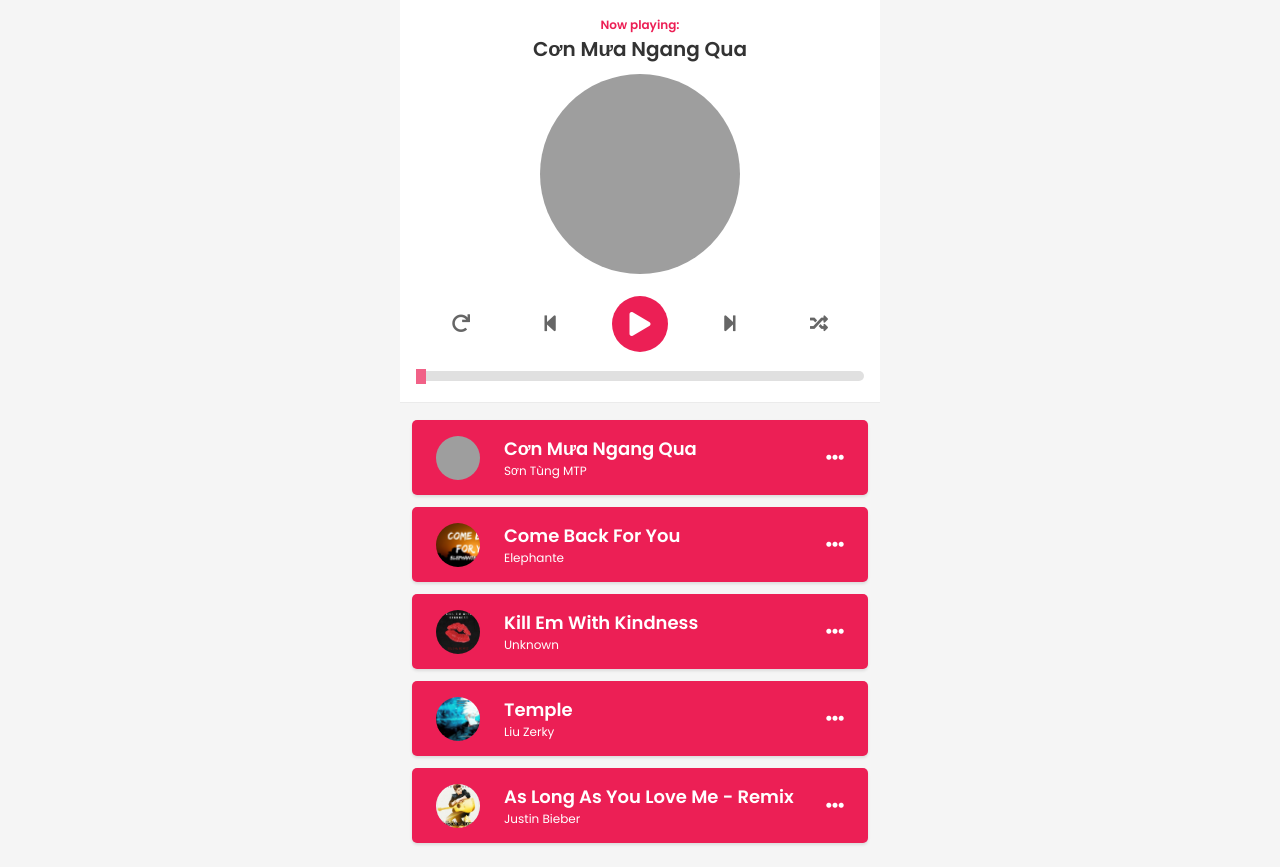
Repository: vandat598/musicPlayer
Page: index.html
The author's editor kept a copy of each file at every save. The page is drawn from the files as they stood at one save, then again after the next save.
The browser window is 1280 px wide. The pictures show the whole page.
Pictures or frames that could not be fetched are drawn as grey boxes.

Above is the page before, as saved 2022-04-28 16:31:28.

### index.html
<!DOCTYPE html>
<html lang="en">
  <head>
    <meta charset="UTF-8" />
    <meta name="viewport" content="width=device-width, initial-scale=1.0" />
    <title>Music player</title>
    <link
      rel="stylesheet"
      href="https://cdnjs.cloudflare.com/ajax/libs/font-awesome/5.15.2/css/all.min.css"
      integrity="sha512-HK5fgLBL+xu6dm/Ii3z4xhlSUyZgTT9tuc/hSrtw6uzJOvgRr2a9jyxxT1ely+B+xFAmJKVSTbpM/CuL7qxO8w=="
      crossorigin="anonymous"
    />
    <link rel="preconnect" href="https://fonts.gstatic.com" />
    <link
      href="https://fonts.googleapis.com/css2?family=Poppins:wght@300;400;600&display=swap"
      rel="stylesheet"
    />
    <link rel="stylesheet" href="./assets/css/style.css" />
  </head>
  <body>
    <div class="player">
      <!-- Dashboard -->
      <div class="dashboard">
        <!-- Header -->
        <header>
          <h4>Now playing:</h4>
          <h2>String 57th & 9th</h2>
        </header>

        <!-- CD -->
        <div class="cd">
          <div
            class="cd-thumb"
            style="
              background-image: url('https://i.ytimg.com/vi/jTLhQf5KJSc/maxresdefault.jpg');
            "
          ></div>
        </div>

        <!-- Control -->
        <div class="control">
          <div class="btn btn-repeat">
            <i class="fas fa-redo"></i>
          </div>
          <div class="btn btn-prev">
            <i class="fas fa-step-backward"></i>
          </div>
          <div class="btn btn-toggle-play">
            <i class="fas fa-pause icon-pause"></i>
            <i class="fas fa-play icon-play"></i>
          </div>
          <div class="btn btn-next">
            <i class="fas fa-step-forward"></i>
          </div>
          <div class="btn btn-random">
            <i class="fas fa-random"></i>
          </div>
        </div>

        <input
          id="progress"
          class="progress"
          type="range"
          value="0"
          step="1"
          min="0"
          max="100"
        />

        <audio id="audio" src=""></audio>
      </div>

      <!-- Playlist -->
      <div class="playlist">
        <div class="song">
          <div
            class="thumb"
            style="
              background-image: url('https://i.ytimg.com/vi/jTLhQf5KJSc/maxresdefault.jpg');
            "
          ></div>
          <div class="body">
            <h3 class="title">Music name</h3>
            <p class="author">Singer</p>
          </div>
          <div class="option">
            <i class="fas fa-ellipsis-h"></i>
          </div>
        </div>
        <div class="song">
          <div
            class="thumb"
            style="
              background-image: url('https://i.ytimg.com/vi/jTLhQf5KJSc/maxresdefault.jpg');
            "
          ></div>
          <div class="body">
            <h3 class="title">Music name</h3>
            <p class="author">Singer</p>
          </div>
          <div class="option">
            <i class="fas fa-ellipsis-h"></i>
          </div>
        </div>
        <div class="song">
          <div
            class="thumb"
            style="
              background-image: url('https://i.ytimg.com/vi/jTLhQf5KJSc/maxresdefault.jpg');
            "
          ></div>
          <div class="body">
            <h3 class="title">Music name</h3>
            <p class="author">Singer</p>
          </div>
          <div class="option">
            <i class="fas fa-ellipsis-h"></i>
          </div>
        </div>
      </div>
    </div>

    <script>
      /*
        done 1. Render songs
        done 2. Scroll top
        3. Play / pause / seek
        4. CD rotate
        5. Next / prev
        6. Random
        7. Next / repeat when ended
        8. Active song
        9. Scroll active song into view
        10. play song when click
      */

      const $ = document.querySelector.bind(document);
      const $$ = document.querySelectorAll.bind(document);

      const player = $('.player');
      const cd = $('.cd');
      const heading = $('header h2');
      const cdThumb = $('.cd-thumb');
      const audio = $('#audio');
      const playBtn = $('.btn-toggle-play');
      const progress = $('#progress');
      const nextBtn = $('.btn-next');
      const prevBtn = $('.btn-prev');
      const randomBtn = $('.btn-random');
      let played = [];
      const repeatBtn = $('.btn-repeat');

      const app = {
        currentIndex: 0,
        isPlaying: false,
        isRandom: false,
        isRepeat: false,
        songs: [
          {
            name: 'Cơn Mưa Ngang Qua',
            singer: 'Sơn Tùng MTP',
            path: './assets/music/ConMuaNgangQua SonTungMTP 2782444.mp3',
            image: './assets/img/MTP.png',
          },
          {
            name: 'Come Back For You',
            singer: 'Elephante',
            path: './assets/music/Elephante  Come Back For You feat Matluck.mp3',
            image: './assets/img/comBackForYou.png',
          },
          {
            name: 'Kill Em With Kindness',
            singer: 'Unknown',
            path: './assets/music/Kill Em With Kindness  Remix   Nhạc Tik Tok Gây Nghiện.mp3',
            image: './assets/img/KillEmWithKindness.png',
          },
          {
            name: 'Temple',
            singer: 'Liu Zerky',
            path: './assets/music/Temple  Liu  Zerky  Nhạc Nền Cực Hot TikTok Trung Quốc Gây Nghiện  Douyin抖音.mp3',
            image: './assets/img/Temple.png',
          },
          {
            name: 'As Long As You Love Me - Remix',
            singer: 'Justin Bieber',
            path: './assets/music/As Long As You Love Me  Justin Bieber.mp3',
            image:
              './assets/img/As_Long_As_You_Love_Me_(feat._Big_Sean)_-_Single.jpg',
          },
        ],
        render() {
          const htmls = this.songs.map((song, index) => {
            return `
              <div class="song ">
                <div class="thumb" style="background-image: url('${song.image}')">
                </div>
                <div class="body">
                  <h3 class="title">${song.name}</h3>
                  <p class="author">${song.singer}</p>
                </div>
                <div class="option">
                  <i class="fa fa-ellipsis-h"></i>
                </div>
              </div>
            `;
          });
          $('.playlist').innerHTML = htmls.join('');
        },
        defineProperties() {
          // Search google xem sytax defineProperty
          Object.defineProperty(this, 'currentSong', {
            get() {
              return this.songs[this.currentIndex];
            },
          });
        },
        handleEvent() {
          const _this = this;
          const cdWidth = cd.offsetWidth;

          // xử lý CD quay / dừng
          const cdThumbAnimate = cdThumb.animate(
            [{ transform: 'rotate(360deg)' }],
            {
              duration: 10000,
              iterations: Infinity,
            }
          );
          cdThumbAnimate.pause();

          // handle scroll
          document.onscroll = function () {
            const scrollTop =
              window.scrollY || document.documentElement.scrollTop;

            const newCdWidth = cdWidth - scrollTop;

            cd.style.width = newCdWidth > 0 ? newCdWidth + 'px' : 0;
            cd.style.opacity = newCdWidth / cdWidth;
          };

          // handle click play button

          playBtn.onclick = function () {
            if (_this.isPlaying) {
              audio.pause();
            } else {
              audio.play();
            }
          };

          // Khi song được play
          audio.onplay = function () {
            _this.isPlaying = true;
            player.classList.add('playing');
            cdThumbAnimate.play();
            // _this.render();
          };

          // Khi song pause
          audio.onpause = function () {
            _this.isPlaying = false;
            player.classList.remove('playing');
            cdThumbAnimate.pause();
          };

          // Khi tiến độ bài hát thay đổi
          audio.ontimeupdate = function () {
            if (audio.duration) {
              const progressPercent = Math.floor(
                (audio.currentTime / audio.duration) * 100
              );
              progress.value = progressPercent;
            }
          };

          // Xử lý khi tua bài hát
          progress.oninput = function (e) {
            const seekTime = (audio.duration / 100) * e.target.value;
            audio.currentTime = seekTime;
          };

          // Next song
          nextBtn.onclick = function () {
            if (_this.isRandom) {
              _this.playRandomSong();
            } else {
              _this.nextSong();
            }
            audio.play();
          };
          // Prev song
          prevBtn.onclick = function () {
            if (_this.isRandom) {
              _this.playRandomSong();
            } else {
              _this.prevSong();
            }
            audio.play();
          };

          // Random button
          randomBtn.onclick = function () {
            // Gắn cờ isRandom có thật sự cần thiết??
            _this.isRandom = !_this.isRandom;
            // method toggle, khi đối số t2 là true thì sẽ add class, còn false thì remove class
            randomBtn.classList.toggle('active', _this.isRandom);
          };

          // Xử lý lặp lại song
          repeatBtn.onclick = function (e) {
            _this.isRepeat = !_this.isRepeat;
            repeatBtn.classList.toggle('active', _this.isRepeat);
          };

          // Xử lý next song khi audio ended
          audio.onended = function () {
            if (_this.isRandom) {
              _this.playRandomSong();
            }
            if (_this.isRepeat) {
              audio.play();
            } else {
              nextBtn.click();
            }
          };
        },
        loadCurrentSong() {
          heading.textContent = this.currentSong.name;
          cdThumb.style.backgroundImage = `url('${this.currentSong.image}')`;
          audio.src = this.currentSong.path;
        },
        nextSong() {
          this.currentIndex++;
          if (this.currentIndex >= this.songs.length) {
            this.currentIndex = 0;
          }
          this.loadCurrentSong();
        },
        prevSong() {
          this.currentIndex--;
          if (this.currentIndex < 0) {
            this.currentIndex = this.songs.length - 1;
          }
          this.loadCurrentSong();
        },
        playRandomSong() {
          let newIndex;
          do {
            newIndex = Math.floor(Math.random() * this.songs.length);
            if (played.length === this.songs.length) {
              played = [];
            }
          } while (
            newIndex === this.currentIndex ||
            played.some(value => value === newIndex)
          );
          played.push(newIndex);
          this.currentIndex = newIndex;
          this.loadCurrentSong();
          console.log(played);
        },

        start() {
          this.defineProperties();
          this.handleEvent();
          this.loadCurrentSong();
          this.render();
          const songActive = $$('.song');
          console.log(songActive);
          songActive.forEach(elem => elem.classList.toggle('active'));
        },
      };

      app.start();
    </script>
  </body>
</html>

### assets/css/style.css
:root {
  --primary-color: #ec1f55;
  --text-color: #333;
}

* {
  padding: 0;
  margin: 0;
  box-sizing: inherit;
}

body {
  background-color: #f5f5f5;
}

html {
  box-sizing: border-box;
  font-family: 'Poppins', sans-serif;
}

.player {
  position: relative;
  max-width: 480px;
  margin: 0 auto;
}

.player .icon-pause {
  display: none;
}

.player.playing .icon-pause {
  display: inline-block;
}

.player.playing .icon-play {
  display: none;
}

.dashboard {
  padding: 16px 16px 14px;
  background-color: #fff;
  position: fixed;
  top: 0;
  width: 100%;
  max-width: 480px;
  border-bottom: 1px solid #ebebeb;
}

/* HEADER */
header {
  text-align: center;
  margin-bottom: 10px;
}

header h4 {
  color: var(--primary-color);
  font-size: 12px;
}

header h2 {
  color: var(--text-color);
  font-size: 20px;
}

/* CD */
.cd {
  display: flex;
  margin: auto;
  width: 200px;
}

.cd-thumb {
  width: 100%;
  padding-top: 100%;
  border-radius: 50%;
  background-color: #333;
  background-size: cover;
  margin: auto;
}

/* CONTROL */
.control {
  display: flex;
  align-items: center;
  justify-content: space-around;
  padding: 18px 0 8px 0;
}

.control .btn {
  color: #666;
  padding: 18px;
  font-size: 18px;
  cursor: pointer;
}
/* .control .btn:hover {
  background-color: rgb(192, 188, 188);
  border-radius: 30%;
} */

.control .btn.active {
  color: var(--primary-color);
}

.control .btn-toggle-play {
  width: 56px;
  height: 56px;
  border-radius: 50%;
  font-size: 24px;
  color: #fff;
  display: flex;
  align-items: center;
  justify-content: center;
  background-color: var(--primary-color);
}

.progress {
  width: 100%;
  -webkit-appearance: none;
  height: 10px;
  background: #d3d3d3;
  outline: none;
  opacity: 0.7;
  -webkit-transition: 0.2s;
  transition: opacity 0.2s;
  border-radius: 30px;
}

.progress::-webkit-slider-thumb {
  -webkit-appearance: none;
  appearance: none;
  width: 10px;
  height: 15px;
  background-color: var(--primary-color);
  cursor: pointer;
}

/* PLAYLIST */
.playlist {
  margin-top: 408px;
  padding: 12px;
}

.song {
  display: flex;
  align-items: center;
  margin-bottom: 12px;
  background-color: #fff;
  padding: 8px 16px;
  border-radius: 5px;
  box-shadow: 0 2px 3px rgba(0, 0, 0, 0.1);
  cursor: pointer;
}

.song.active {
  background-color: var(--primary-color);
}

.song:active {
  opacity: 0.8;
}

.song.active .option,
.song.active .author,
.song.active .title {
  color: #fff;
}

.song .thumb {
  width: 44px;
  height: 44px;
  border-radius: 50%;
  background-size: cover;
  margin: 0 8px;
}

.song .body {
  flex: 1;
  padding: 0 16px;
}

.song .title {
  font-size: 18px;
  color: var(--text-color);
}

.song .author {
  font-size: 12px;
  color: #999;
}

.song .option {
  padding: 16px 8px;
  color: #999;
  font-size: 18px;
}

After the next save:
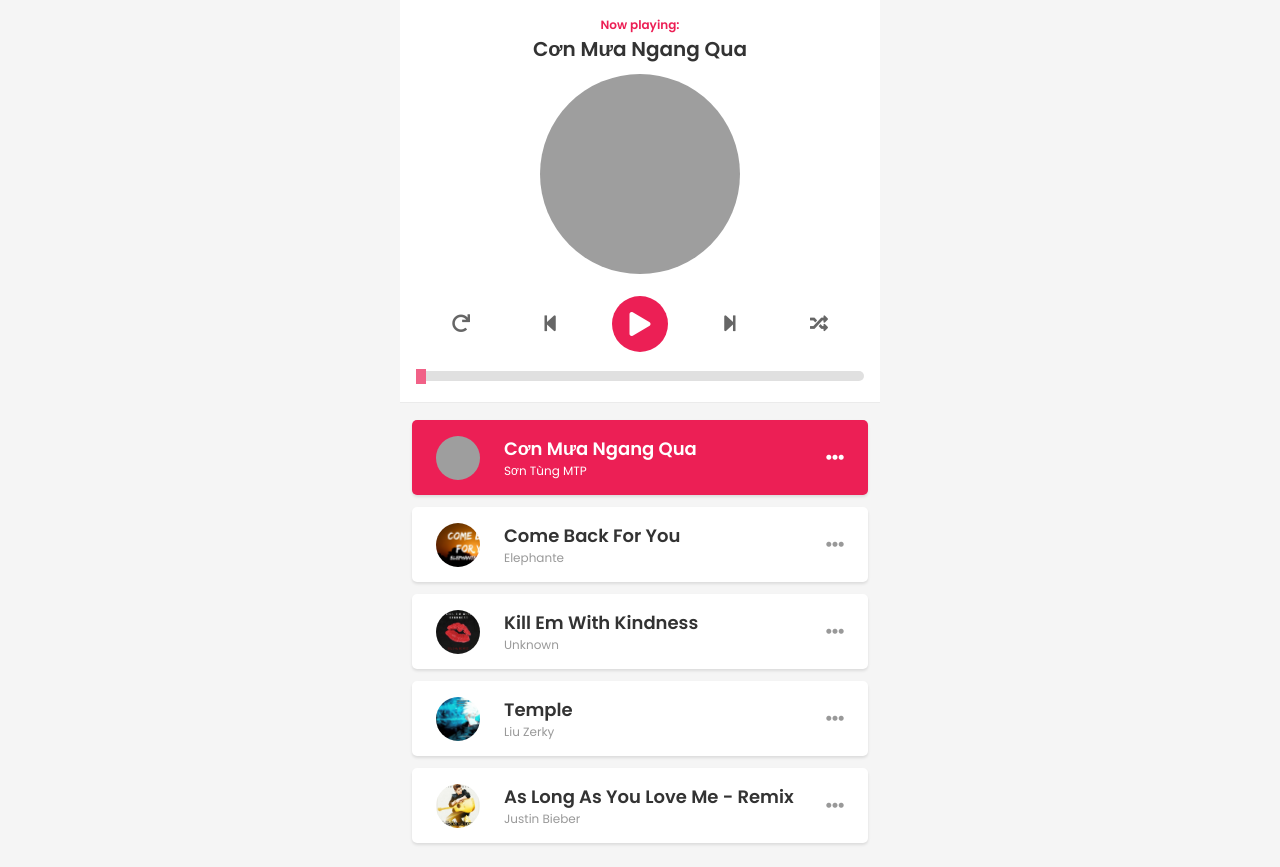
Saved 59 s later.
--- a/index.html
+++ b/index.html
@@ -368,7 +368,9 @@
           this.render();
           const songActive = $$('.song');
           console.log(songActive);
-          songActive.forEach(elem => elem.classList.toggle('active'));
+          songActive.forEach((elem, index) =>
+            index === this.currentIndex ? elem.classList.toggle('active') : ''
+          );
         },
       };
 
